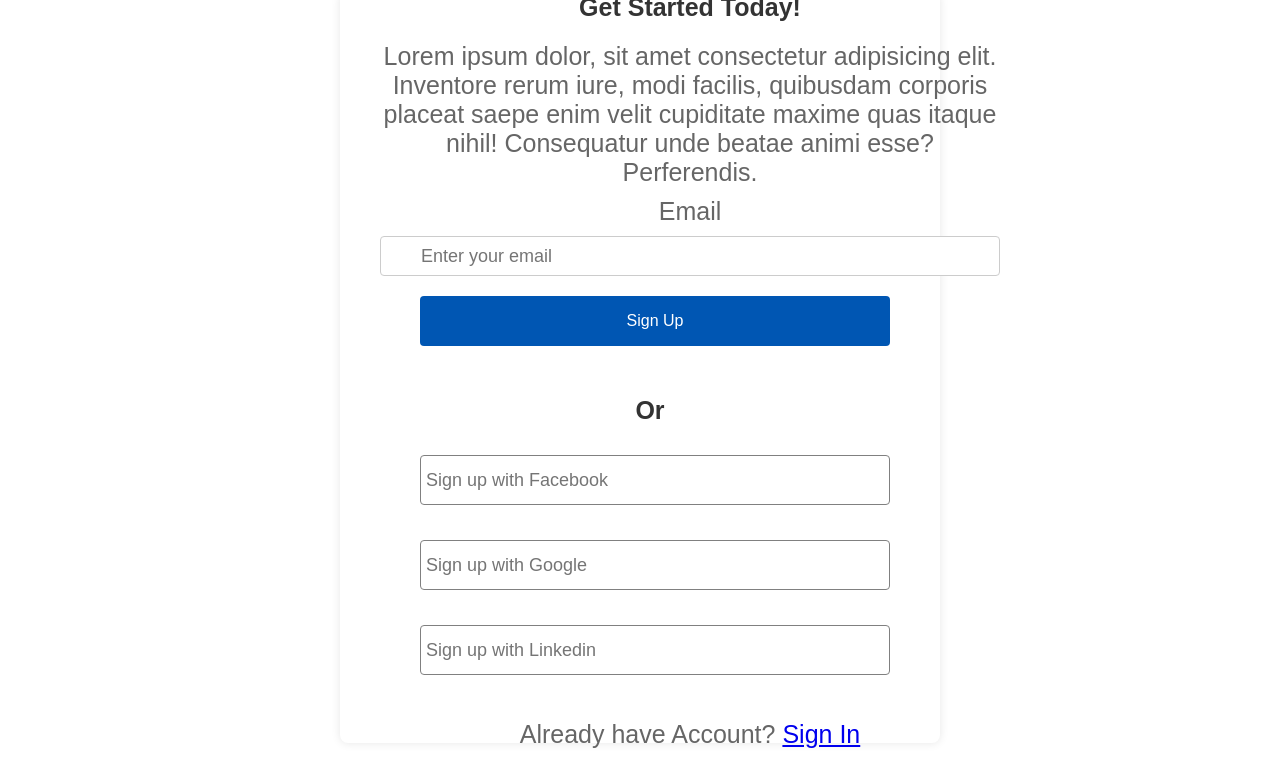
Repository: Femi007-gh/LOGIN-INTERFACE
Page: index.html
These files come from the project's save history. The page is drawn as it stood at one moment and after the next save; the edit follows.
The browser window is 1280 px wide. The pictures show the whole page.

Above is the page before, as saved 2025-01-21 13:49:41.

After the next save:
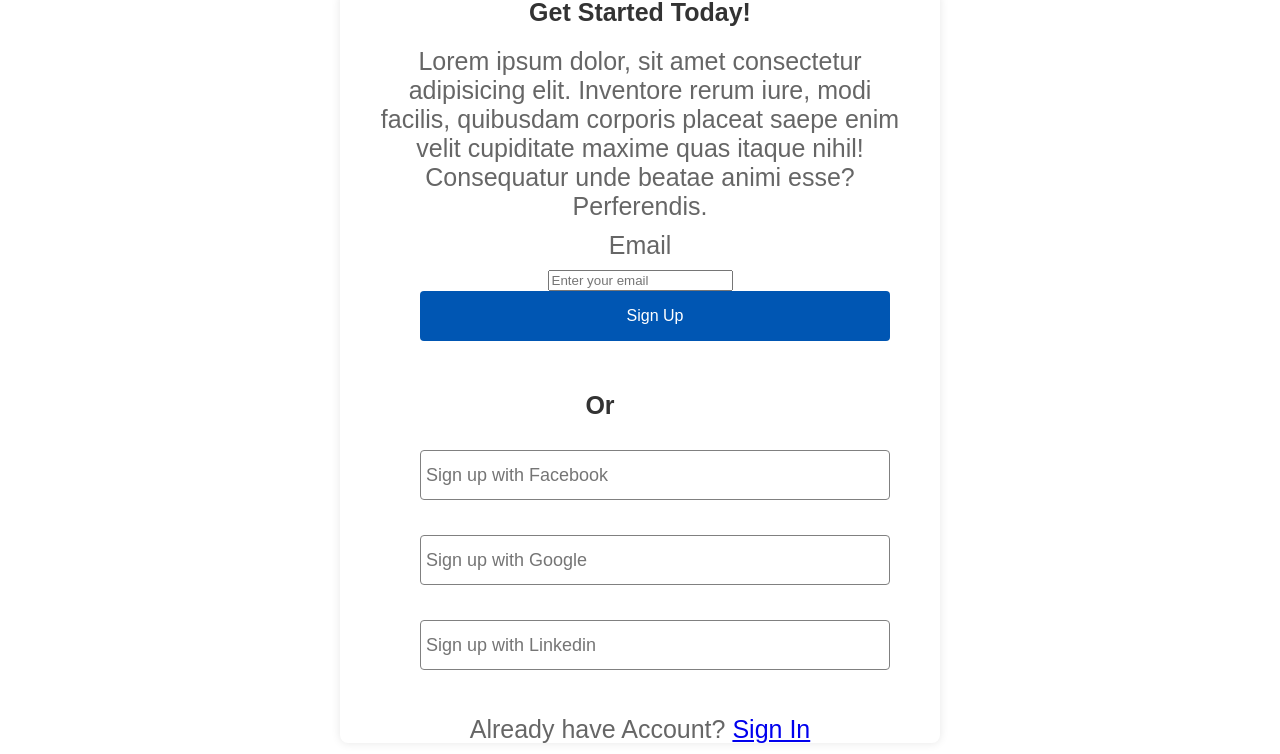
Saved 29 s later.
--- a/index.html
+++ b/index.html
@@ -12,7 +12,7 @@
           <form>
             <div class="inter-group">
               <p>Email</p>
-              <input type="email" id="email" placeholder="Enter your email" class="email">
+              <input placeholder="Enter your email" class="email">
             </div>
            <button class="primary-btn" type="submit">
               Sign Up

After the 3 saves that followed:
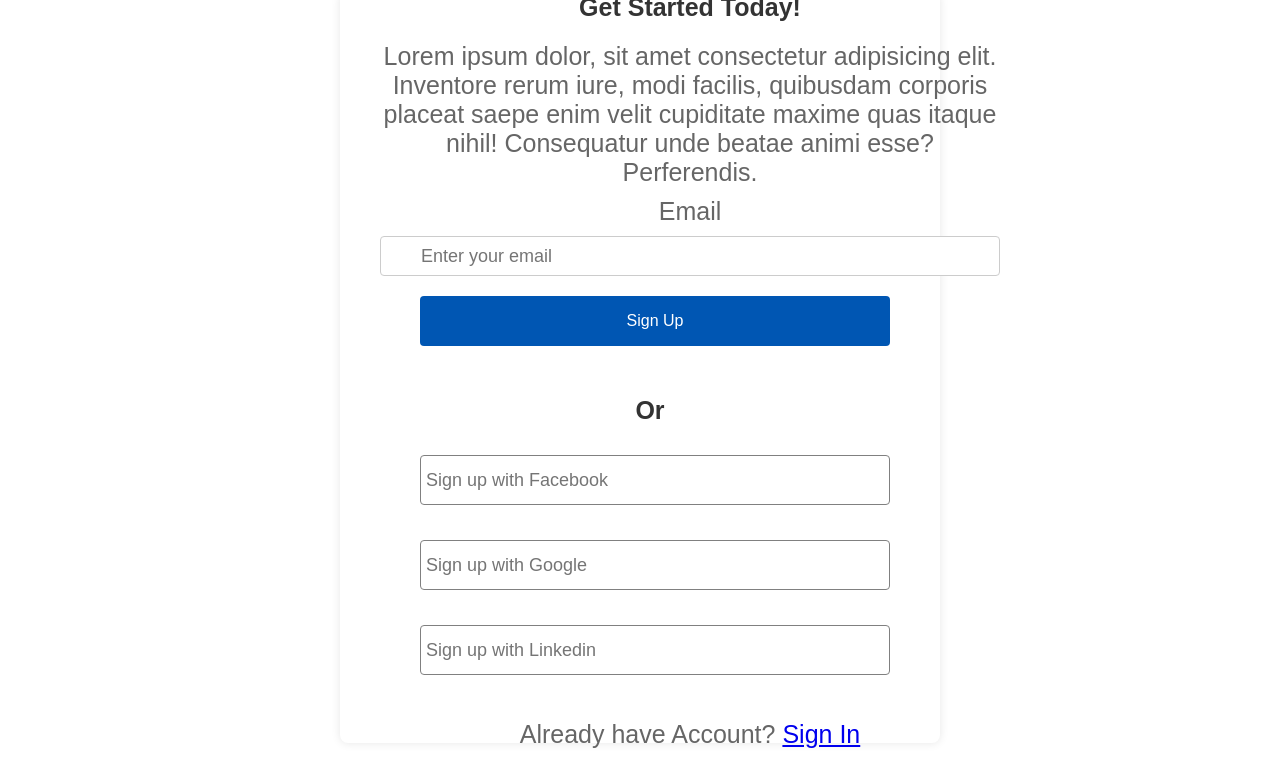
The 3 saves are shown as one change because they came seconds apart.
The last was saved 27 s later.
--- a/style.css
+++ b/style.css
@@ -44,7 +44,7 @@ p {
   position: relative;
 }
 
-input[type="email"], input[type="text"] {
+ .email {
   width: 620px;
   height: 40px;
   border: 1px solid #ccc;
